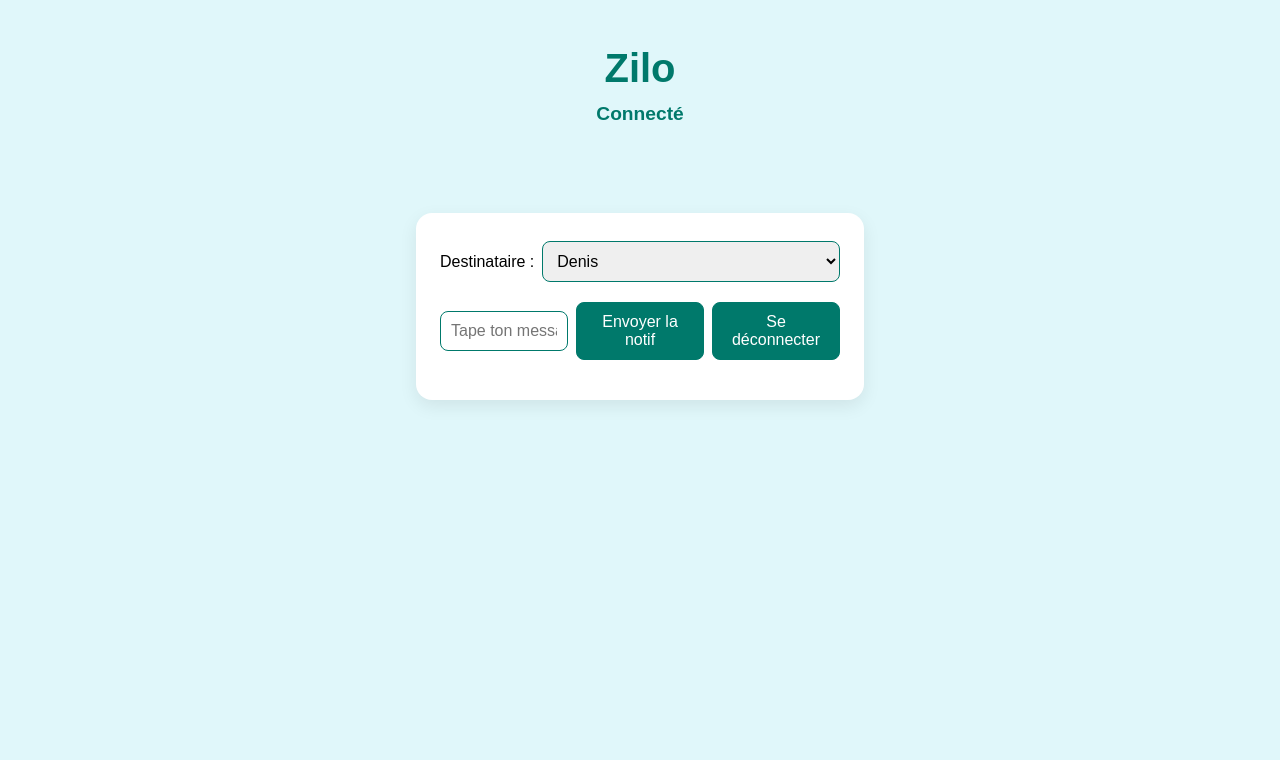
Repository: nlagardere/LumoNet
Page: public/index.html
An editor plug-in stored every save of this project. The page is shown before and after a run of saves, followed by the edit.
The browser window is 1280 px wide. The pictures show the whole page.

Above is the page before, as saved 2025-08-18 20:25:08.

### public/index.html
<!DOCTYPE html>
<html lang="fr">
<head>
  <meta charset="UTF-8" />
  <meta name="viewport" content="width=device-width, initial-scale=1.0" />
  <title>Zilo</title>
  <style>
    body {
      font-family: Arial, sans-serif;
      margin:0;
      padding:0;
      min-height:100vh;
      background:#e0f7fa;
      display:flex;
      flex-direction:column;
      align-items:center;
      padding-top:40px; /* espace en haut pour le header */
    }

    h1, h2 {
      color:#00796b;
      margin:6px 0;
      text-align:center;
    }

    h1 {
      font-size:2.5em;
    }

    h2 {
      font-size:1.2em;
      margin-bottom:24px;
    }

    .card {
      background:#fff;
      padding:24px;
      border-radius:16px;
      box-shadow:0 6px 18px rgba(0,0,0,0.08);
      width:90%;
      max-width:400px;
      display:flex;
      flex-direction:column;
      align-items:center;
      margin: 5%;
    }

    .row {
      display:flex;
      gap:8px;
      flex-wrap:wrap;
      align-items:center;
      justify-content:center;
      width:100%;
      margin-bottom:12px;
    }

    select, input, button {
      margin:4px 0;
      padding:10px;
      font-size:16px;
      border-radius:8px;
      border:1px solid #00796b;
      flex:1;
      min-width:100px;
    }

    button {
      background:#00796b;
      color:#fff;
      cursor:pointer;
      transition: background 0.3s;
    }

    button:hover {
      background:#004d40;
    }

    @media (max-width: 500px) {
      h1 { font-size:2em; }
      h2 { font-size:1em; }
      input, select, button { font-size:14px; padding:8px; }
    }
  </style>
</head>
<body>
  <h1>Zilo</h1>
  <h2 id="welcome">Connecté</h2>

  <div class="card">
    <div class="row">
      <label for="recipient">Destinataire :</label>
      <select id="recipient">
        <option value="denis">Denis</option>
        <option value="nathan">Nathan</option>
      </select>
    </div>

    <div class="row">
      <input id="message" type="text" placeholder="Tape ton message ici !" />
      <button id="send">Envoyer la notif</button>
      <button id="logout">Se déconnecter</button>
    </div>
  </div>

  <script>
    const messageInput = document.getElementById('message');

    async function send(){
      const recipient = document.getElementById('recipient').value;
      const message = messageInput.value.trim();
      if(!message){ alert('Écris un message !'); return; }

      const res = await fetch('/api/send', {
        method:'POST', headers:{'Content-Type':'application/json'},
        body: JSON.stringify({ recipient, message })
      });
      const data = await res.json();
      if(data.ok){
        messageInput.value = '';
        alert('Notification envoyée !');
      } else {
        if(res.status === 401){
          window.location.href = '/login.html';
        } else {
          alert('Erreur : ' + (data.error||'inconnue'));
        }
      }
    }

    async function logout(){
      await fetch('/api/logout');
      window.location.href = '/login.html';
    }

    document.getElementById('send').addEventListener('click', send);
    document.getElementById('logout').addEventListener('click', logout);
    messageInput.addEventListener('keydown', e => { if(e.key==='Enter') send(); });
  </script>
</body>
</html>

After the next 2 saves:
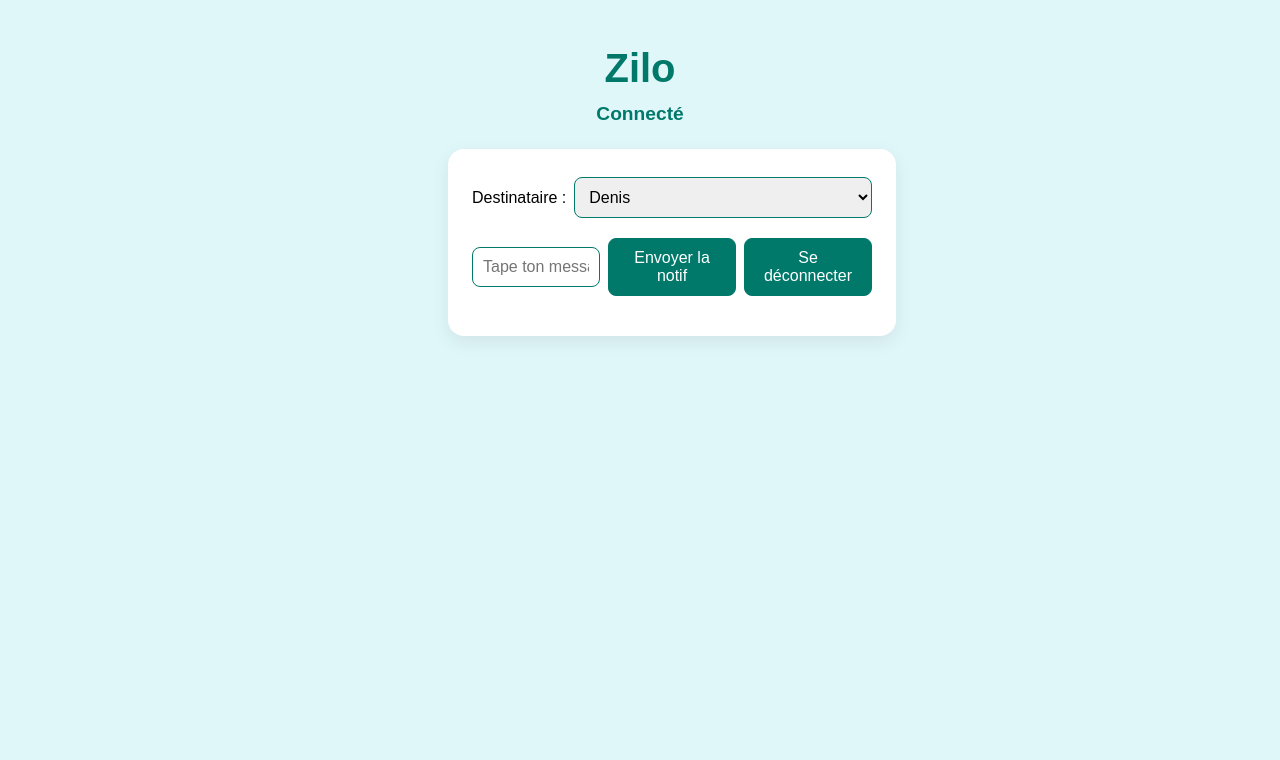
The 2 saves are shown as one change because they came seconds apart.
The last was saved 8 s later.
--- a/public/index.html
+++ b/public/index.html
@@ -42,7 +42,7 @@
       display:flex;
       flex-direction:column;
       align-items:center;
-      margin: 5%;
+      margin-left: 5%;
     }
 
     .row {
